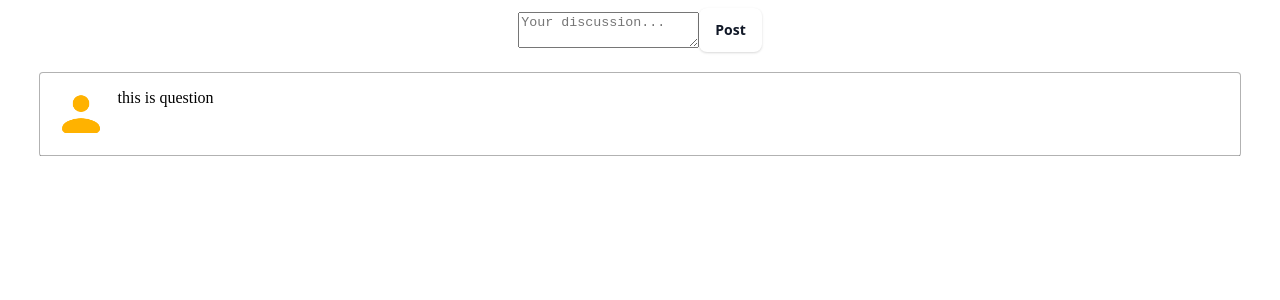
Repository: AOY311/DuckEdu
Page: test2.html
An editor plug-in stored every save of this project. The page is shown before and after the next save, followed by the edit.
The browser window is 1280 px wide. The pictures show the whole page.

Above is the page before, as saved 2021-10-31 19:52:15.

After the next save:
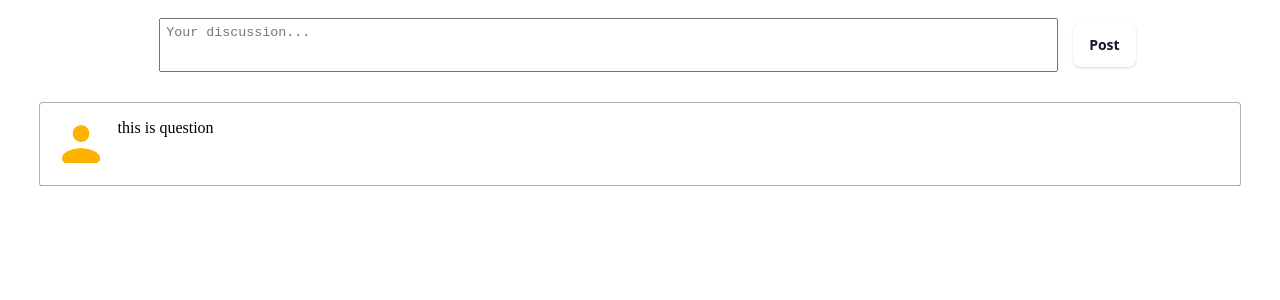
Saved 38 s later.
--- a/test2.html
+++ b/test2.html
@@ -144,6 +144,16 @@
         .read-more:hover {
             color: #777777;
             text-decoration: none;
+        }
+
+        .ip-disc {
+            height: 40px;
+            padding: 6px;
+            margin: 10px 15px;
+            width: 70%;
+            outline: none;
+            resize: none;
+            max-height: 200px;
         }
     </style>
 </head>
